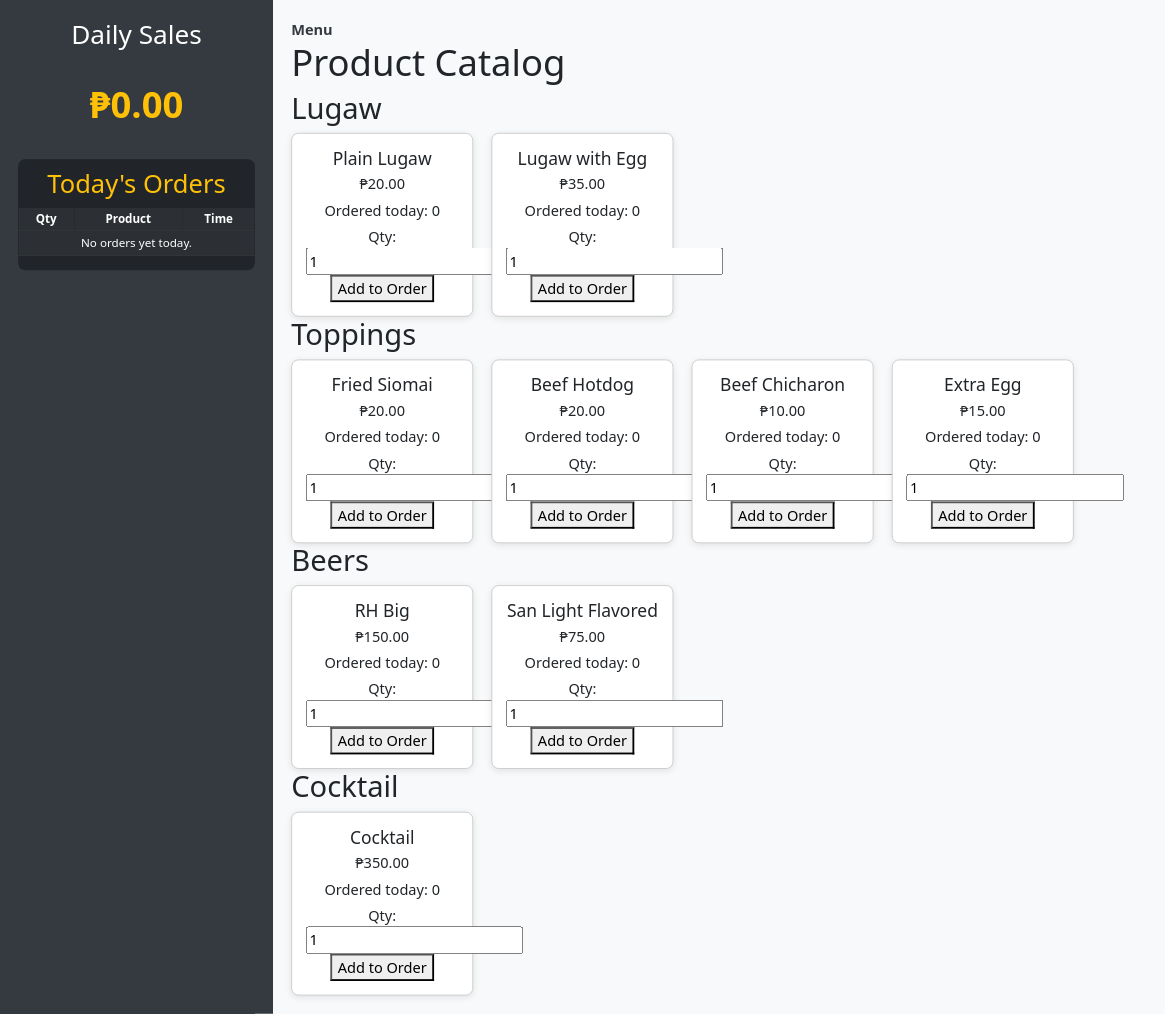
Repository: Jijiluzana225/lugawan_pitlane
Page: http://localhost/catalog/
The author's editor kept a copy of each file at every save. The page is drawn from the files as they stood at one save, then again after the next save.
The browser window is 1280 px wide. The pictures show the whole page, at 91% of full size.
The page is served by the project's application, run on Django 5.2 (manage.py). Other server files are loaded and not shown. The page reads the database file committed with the project.

Above is the page before, as saved 2025-03-06 09:46:49.

### pos/templates/pos/catalog.html
{% extends 'pos/base.html' %}

{% block title %}Product Catalog - Lugaw Cafe{% endblock %}

{% block content %}
<h1>Product Catalog</h1>
{% for category in categories %}
    <h2>{{ category.name }}</h2>
    <div class="catalog">
        {% for product in category.product_set.all %}
            <div class="product">
                <h3>{{ product.name }}</h3>
                <p>₱{{ product.price }}</p>

                <!-- Running total ordered today -->
                {% with total_ordered=product.total_ordered_today %}
                    <p>Ordered today: {{ total_ordered|default:0 }}</p>
                {% endwith %}

                {% if product.available %}
                    <form action="{% url 'add_to_order' %}" method="post">
                        {% csrf_token %}
                        <input type="hidden" name="product_id" value="{{ product.id }}">
                        <label for="qty_{{ product.id }}">Qty:</label>
                        <input type="number" name="quantity" id="qty_{{ product.id }}" value="1" min="1" required>
                        <button type="submit">Add to Order</button>
                    </form>
                {% else %}
                    <p style="color: red;">Out of Stock</p>
                {% endif %}
            </div>
        {% empty %}
            <p>No products available in this category.</p>
        {% endfor %}
    </div>
{% empty %}
    <p>No categories available.</p>
{% endfor %}
{% endblock %}

### pos/templates/pos/base.html
<!DOCTYPE html>
<html lang="en">
<head>
    <meta charset="UTF-8">
    <meta name="viewport" content="width=device-width, initial-scale=1.0">
    <title>{% block title %}Lugaw Cafe POS{% endblock %}</title>

    <!-- Bootstrap CSS -->
    <link href="https://cdnjs.cloudflare.com/ajax/libs/bootstrap/5.3.0/css/bootstrap.min.css" rel="stylesheet">

    <style>
        body {
            display: flex;
            min-height: 100vh;
            background-color: #f8f9fa;
        }

        .sidebar {
            width: 300px;
            background: #343a40;
            color: #fff;
            padding: 20px;
            display: flex;
            flex-direction: column;
        }

        .sidebar h2 {
            font-size: 1.8rem;
            text-align: center;
            margin-bottom: 30px;
        }

        .total-orders {
            font-size: 2.5rem;
            font-weight: bold;
            color: #ffc107;
            text-align: center;
        }

        .orders-table {
            margin-top: 30px;
            background: #212529;
            border-radius: 8px;
            padding: 0;
            overflow: hidden;
            display: flex;
            flex-direction: column;
        }

        .sticky-header {
            position: sticky;
            top: 0;
            background: #212529;
            padding: 10px;
            margin: 0;
            text-align: center;
            color: #ffc107;
            z-index: 2;
        }

        .scrollable-table {
            max-height: 400px;
            overflow-y: auto;
        }

        .sticky-thead {
            position: sticky;
            top: 10px; /* Below the header */
            background: #495057;
            z-index: 1;
        }

        .scrollable-table table {
            width: 100%;
            font-size: 0.8rem; /* Smaller font size */
        }

        .scrollable-table th, .scrollable-table td {
            text-align: center;
            padding: 3px; /* Optional: tighten up spacing */
        }




        .main-content {
            flex: 1;
            padding: 20px;
        }

        .catalog {
            display: flex;
            flex-wrap: wrap;
            gap: 20px;
            justify-content: flex-start;
        }

        .product {
            border: 1px solid #ccc;
            padding: 15px;
            width: 200px;
            text-align: center;
            background-color: #ffffff;
            border-radius: 8px;
            box-shadow: 0 2px 8px rgba(0, 0, 0, 0.1);
            transition: transform 0.2s ease-in-out;
        }

        .product:hover {
            transform: scale(1.05);
        }

        .product h3 {
            margin: 0;
            font-size: 1.2rem;
            color: #212529;
        }

        .product p {
            margin: 5px 0;
        }

        .btn-add {
            background-color: #28a745;
            color: white;
            border: none;
            padding: 8px 12px;
            border-radius: 5px;
            transition: background-color 0.2s ease-in-out;
        }

        .btn-add:hover {
            background-color: #218838;
        }

        nav a {
            margin-right: 15px;
            text-decoration: none;
            color: #343a40;
            font-weight: bold;
        }
    </style>
</head>
<body>

    <!-- Sidebar with total orders and order table -->
    <div class="sidebar">
        <h2>Daily Sales</h2>
        <div class="total-orders">
            ₱{{ total_sales|default:"0.00" }}
        </div>

        <div class="orders-table">
            <h3 class="sticky-header">Today's Orders</h3>

            <div class="scrollable-table">
                <table class="table table-dark table-striped">

                        <tr>
                            <th>Qty</th>
                            <th>Product</th>
                            <th>Time</th>
                        </tr>
                    </thead>
                    <tbody>
                        {% for order in todays_orders %}
                            <tr>
                                <td>{{ order.quantity }}</td>
                                <td>{{ order.product.name }}</td>
                                <td>{{ order.datetimestamp|time:"h:i A" }}</td>
                            </tr>
                        {% empty %}
                            <tr>
                                <td colspan="3">No orders yet today.</td>
                            </tr>
                        {% endfor %}
                    </tbody>
                </table>
            </div>
        </div>

    </div>

    <div class="main-content">
        <nav>
            <a href="{% url 'menu' %}">Menu</a>
        </nav>

        {% block content %}{% endblock %}
    </div>

</body>
</html>

### pos/models.py
from django.db import models
from django.utils.timezone import now

class Category(models.Model):
    name = models.CharField(max_length=100)

    def __str__(self):
        return self.name

from django.db import models
from django.utils.timezone import now

class Category(models.Model):
    name = models.CharField(max_length=100)

    def __str__(self):
        return self.name

class Product(models.Model):
    name = models.CharField(max_length=200)
    category = models.ForeignKey(Category, on_delete=models.CASCADE)
    price = models.DecimalField(max_digits=10, decimal_places=2)
    available = models.BooleanField(default=True)

    def __str__(self):
        return self.name

    @property
    def total_ordered_today(self):
        from django.db.models import Sum
        from datetime import date

        today = date.today()
        total = OrderItem.objects.filter(
            product=self,
            datetimestamp__date=today
        ).aggregate(Sum('quantity'))['quantity__sum']

        return total or 0


class OrderItem(models.Model):
    product = models.ForeignKey(Product, on_delete=models.CASCADE)
    quantity = models.PositiveIntegerField(default=1)
    datetimestamp = models.DateTimeField(default=now)  # New field

    def __str__(self):
        return f"{self.quantity} x {self.product.name} at {self.datetimestamp}"

### pos/views.py
from django.shortcuts import render
from .models import Category, Product




def catalog(request):

    categories = Product.objects.select_related('category').all()

    # Calculate total sales for the day from OrderItem model
    today = date.today()
    total_sales = OrderItem.objects.filter(
        datetimestamp__date=today
    ).annotate(
        total_price=F('product__price') * F('quantity')  # Calculate total price per item
    ).aggregate(
        total=Sum('total_price')
    )['total'] or 0
    categories = Category.objects.prefetch_related('product_set').all()

    todays_orders = OrderItem.objects.filter(
        datetimestamp__date=today
    ).select_related('product').order_by('-datetimestamp')

    return render(request, 'pos/catalog.html', {'categories': categories,'total_sales': total_sales,'todays_orders': todays_orders})


from django.shortcuts import redirect, get_object_or_404
from django.utils.timezone import now
from .models import Product, OrderItem

def add_to_order(request):
    if request.method == 'POST':
        product_id = request.POST.get('product_id')
        quantity = int(request.POST.get('quantity', 1))  # Get quantity, default to 1 if missing
        product = get_object_or_404(Product, id=product_id)

        # Always create a new OrderItem record with the provided quantity
        OrderItem.objects.create(
            product=product,
            quantity=quantity,
            datetimestamp=now()
        )

    return redirect('catalog')


from django.shortcuts import render
from django.db.models import Sum, F
from django.utils.timezone import now
from datetime import date
from .models import Product, OrderItem

def menu(request):
    categories = Product.objects.select_related('category').all()

    # Calculate total sales for the day from OrderItem model
    today = date.today()
    total_sales = OrderItem.objects.filter(
        datetimestamp__date=today
    ).annotate(
        total_price=F('product__price') * F('quantity')  # Calculate total price per item
    ).aggregate(
        total=Sum('total_price')
    )['total'] or 0

    return render(request, 'pos/catalog.html', {
        'categories': categories,
        'total_sales': total_sales
    })

### lugaw_pos/urls.py
from django.contrib import admin
from django.urls import path, include

urlpatterns = [
    path('admin/', admin.site.urls),
    path('', include('pos.urls')),
]

### pos/urls.py
from django.urls import path
from . import views

urlpatterns = [
    path('menu/', views.menu, name='menu'),

    path('catalog/', views.catalog, name='catalog'),  # New catalog page
    path('add-to-order/', views.add_to_order, name='add_to_order'),  # New URL for adding to order

]

### db.sqlite3 (the tables this page reads, as SQL)
CREATE TABLE "pos_category" ("id" integer NOT NULL PRIMARY KEY AUTOINCREMENT, "name" varchar(100) NOT NULL);
INSERT INTO "pos_category" VALUES
(1, 'Lugaw'),
(2, 'Toppings'),
(3, 'Beers'),
(4, 'Cocktail');

CREATE TABLE "pos_orderitem" ("id" integer NOT NULL PRIMARY KEY AUTOINCREMENT, "quantity" integer unsigned NOT NULL CHECK ("quantity" >= 0), "product_id" bigint NOT NULL REFERENCES "pos_product" ("id") DEFERRABLE INITIALLY DEFERRED, "datetimestamp" datetime NOT NULL);
INSERT INTO "pos_orderitem" VALUES
(50, 1, 1, '2025-03-06 01:56:34.121001'),
(51, 1, 6, '2025-03-06 01:56:41.037510'),
(52, 1, 1, '2025-03-06 01:56:57.538878'),
(53, 1, 1, '2025-03-06 01:56:59.174436'),
(54, 1, 1, '2025-03-06 01:57:01.013718'),
(55, 1, 1, '2025-03-06 01:59:52.563631'),
(56, 1, 2, '2025-03-06 02:00:06.551409'),
(57, 1, 2, '2025-03-06 02:00:07.073217'),
(58, 1, 6, '2025-03-06 02:01:38.991734'),
(59, 1, 2, '2025-03-06 02:01:44.300049'),
(60, 1, 2, '2025-03-06 02:01:45.529915'),
(61, 1, 2, '2025-03-06 02:01:45.930399'),
(62, 1, 2, '2025-03-06 02:01:47.716337'),
(63, 1, 4, '2025-03-06 02:01:51.587389'),
(64, 1, 5, '2025-03-06 02:01:56.477001'),
(65, 1, 3, '2025-03-06 02:02:02.440242'),
(66, 1, 2, '2025-03-06 02:13:40.929574'),
(67, 1, 2, '2025-03-06 02:17:50.680794'),
(68, 1, 7, '2025-03-06 02:53:27.259124');

CREATE TABLE "pos_product" ("id" integer NOT NULL PRIMARY KEY AUTOINCREMENT, "name" varchar(200) NOT NULL, "price" decimal NOT NULL, "available" bool NOT NULL, "category_id" bigint NOT NULL REFERENCES "pos_category" ("id") DEFERRABLE INITIALLY DEFERRED);
INSERT INTO "pos_product" VALUES
(1, 'Plain Lugaw', 20, 1, 1),
(2, 'Lugaw with Egg', 35, 1, 1),
(3, 'Fried Siomai', 20, 1, 2),
(4, 'Beef Hotdog', 20, 1, 2),
(5, 'Beef Chicharon', 10, 1, 2),
(6, 'Extra Egg', 15, 1, 2),
(7, 'RH Big', 150, 1, 3),
(8, 'San Light Flavored', 75, 1, 3),
(9, 'Cocktail', 350, 1, 4);

After the next save:
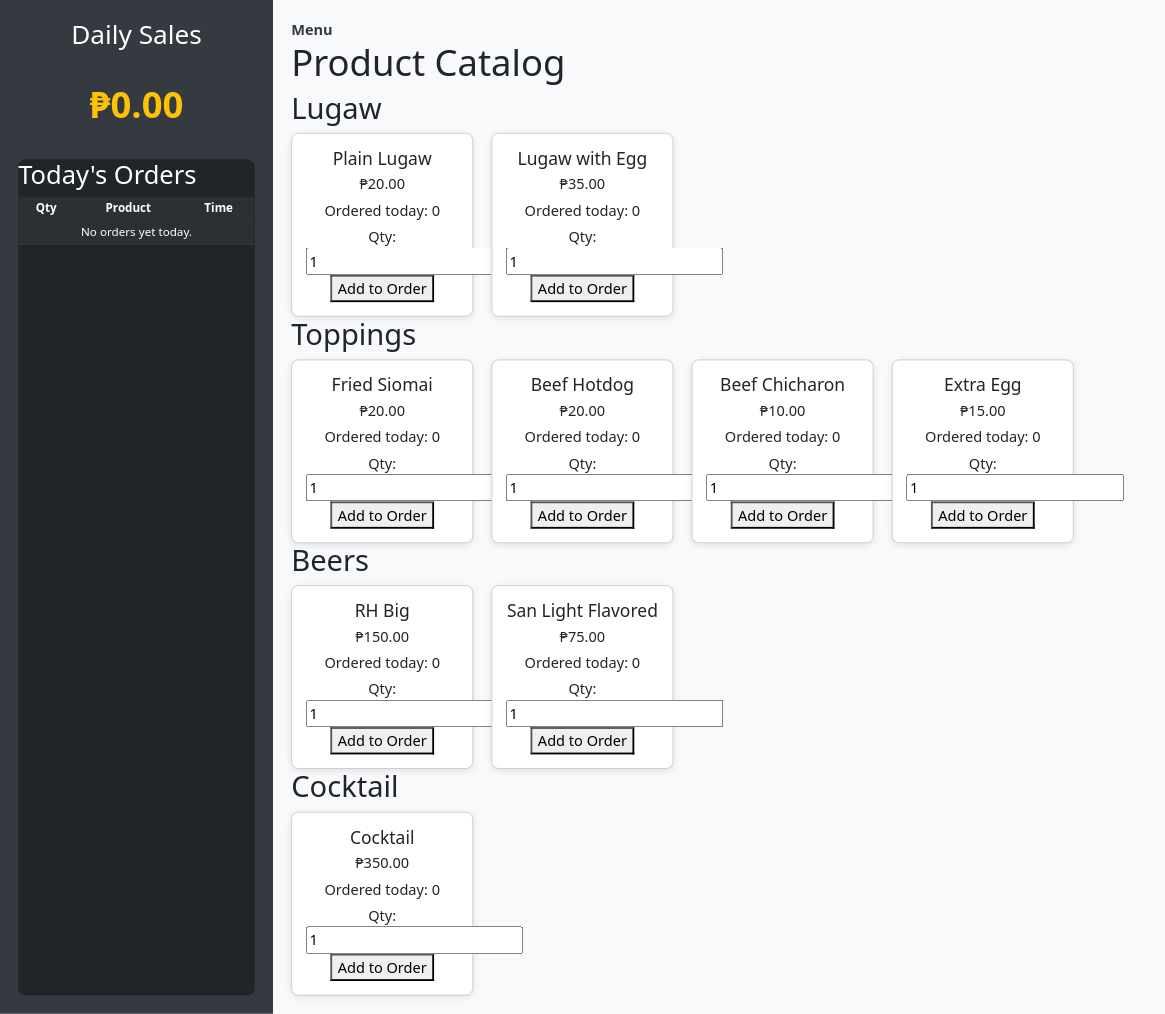
Saved 2 min 24 s later.
--- a/pos/templates/pos/base.html
+++ b/pos/templates/pos/base.html
@@ -45,40 +45,27 @@
             overflow: hidden;
             display: flex;
             flex-direction: column;
-        }
-
-        .sticky-header {
-            position: sticky;
-            top: 0;
-            background: #212529;
-            padding: 10px;
-            margin: 0;
-            text-align: center;
-            color: #ffc107;
-            z-index: 2;
+            flex-grow: 1;
+            min-height: 0; /* Helps flexbox handle scrolling */
         }
 
         .scrollable-table {
-            max-height: 400px;
             overflow-y: auto;
-        }
-
-        .sticky-thead {
-            position: sticky;
-            top: 10px; /* Below the header */
-            background: #495057;
-            z-index: 1;
+            flex-grow: 1;
+            max-height: calc(100vh - 250px); /* Full screen height minus sidebar and padding */
+            margin-bottom: 20px; /* Always leaves a 20px gap at the bottom */
         }
 
         .scrollable-table table {
             width: 100%;
-            font-size: 0.8rem; /* Smaller font size */
+            font-size: 0.8rem;
         }
 
         .scrollable-table th, .scrollable-table td {
             text-align: center;
-            padding: 3px; /* Optional: tighten up spacing */
+            padding: 3px;
         }
+
 
 
 
